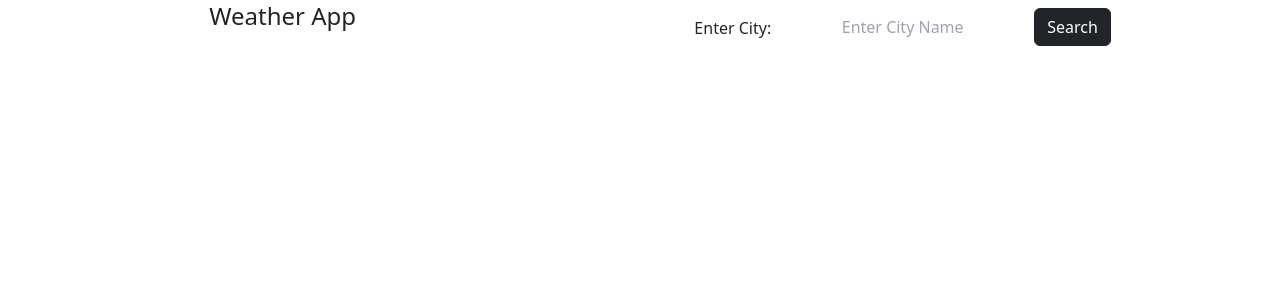
Repository: bhaveshtrades/weatherapp
Page: /
These files come from the project's save history. The page is drawn as it stood at one moment and after the next save; the edit follows.
The browser window is 1280 px wide. The pictures show the whole page.
The project was rebuilt for these pictures with package versions that can differ from the ones it lists, and the page was loaded fresh each time. Also part of the build but not shown: src/components/DetailedWeather.jsx, src/components/HourlyForecast.jsx.

Above is the page before, as saved 2023-01-25 00:33:30.

After the next save:
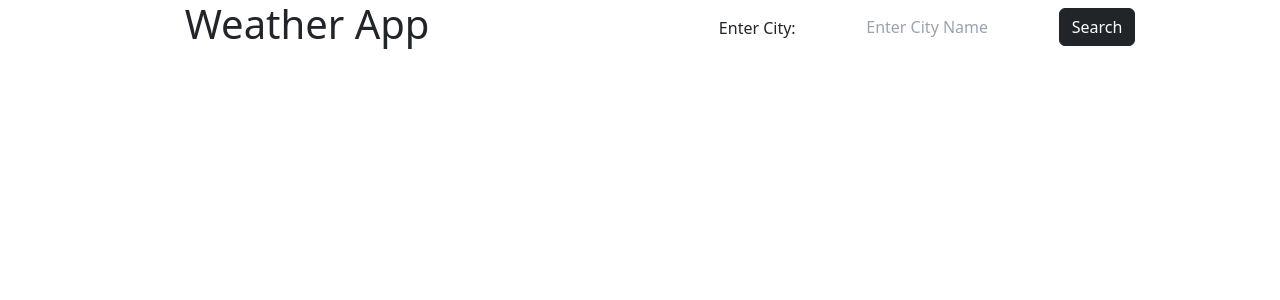
Saved 26 s later.
--- a/src/components/Navbar.jsx
+++ b/src/components/Navbar.jsx
@@ -6,7 +6,7 @@ function Navbar({resultProp, cityProp}){
     <>
     <div className='sm: flex justify-around ml-10'>
     <div>
-    <h1 className='sm: text-2xl'>Weather App</h1>
+    <h1>Weather App</h1>
     </div>
     <div className='pt-2'>
     <form role="search" onSubmit={resultProp} className='flex gap-x-4'>
